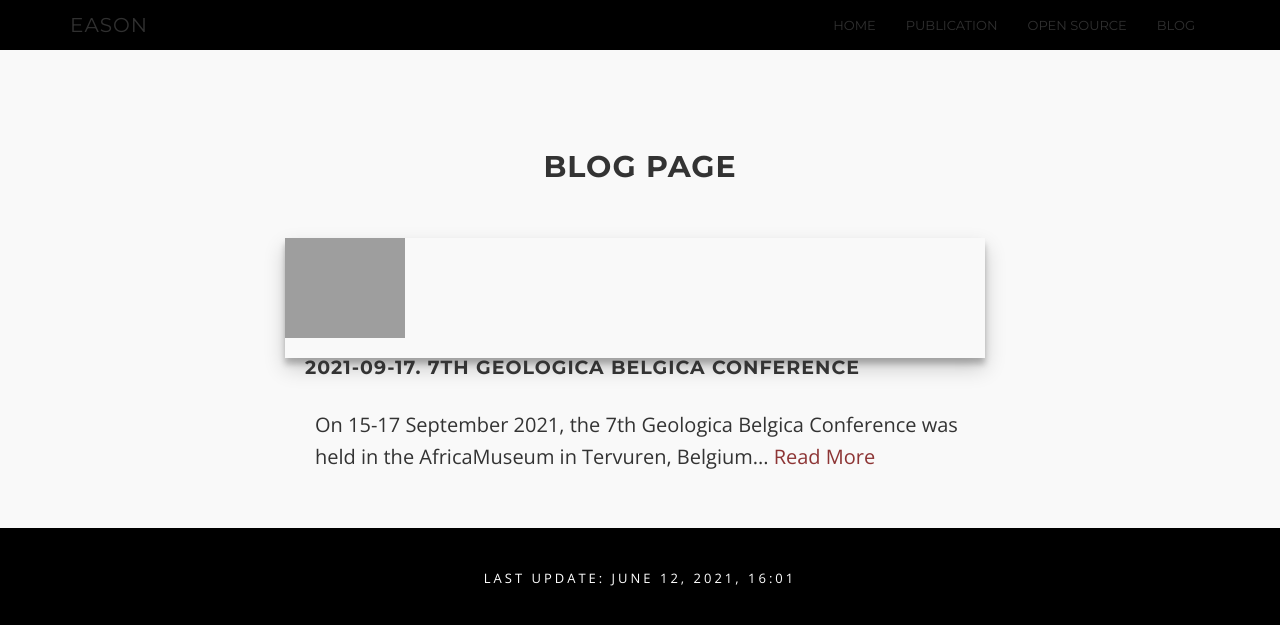
Repository: eazzzon/eazzzon.github.io
Page: blog.html
An editor plug-in stored every save of this project. The page is shown before and after the next save, followed by the edit.
The browser window is 1280 px wide. The pictures show the whole page.
Pictures or frames that could not be fetched are drawn as grey boxes.

Above is the page before, as saved 2021-09-18 13:14:34.

After the next save:
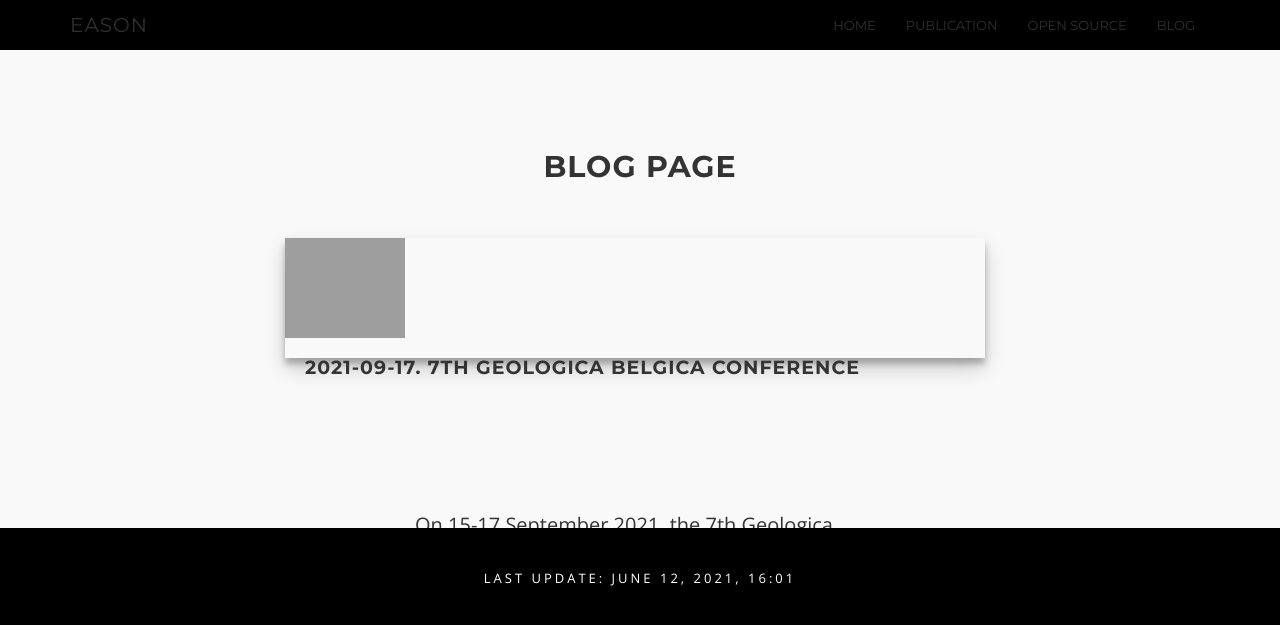
Saved 28 s later.
--- a/css/theme.css
+++ b/css/theme.css
@@ -440,7 +440,7 @@ section {
   }
 
   .p {
-	padding: 0px;
+	padding: 100px;
 	margin: 10px;
 	position: relative;
 	bottom: 15px;
